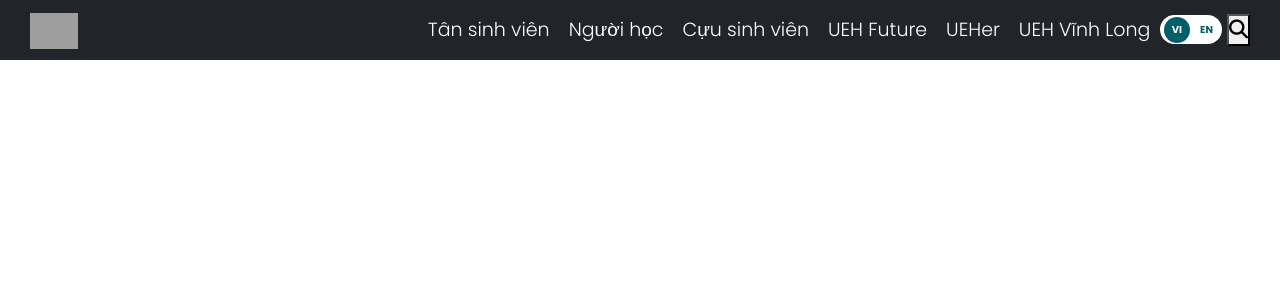
Repository: Jackietruong2805/frontends
Page: html css/ueh/index.html
The author's editor kept a copy of each file at every save. The page is drawn from the files as they stood at one save, then again after the next save.
The browser window is 1280 px wide. The pictures show the whole page.
Pictures or frames that could not be fetched are drawn as grey boxes. Some web libraries are served in a nearby version.

Above is the page before, as saved 2022-06-17 10:16:06.

After the next save:
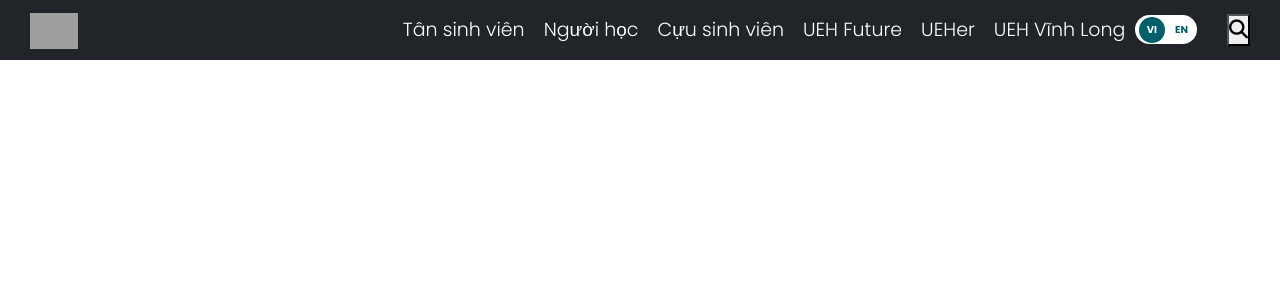
Saved 4 s later.
--- a/html css/ueh/index.html
+++ b/html css/ueh/index.html
@@ -50,7 +50,7 @@
             <span class="navbar-toggler-icon"></span>
           </button>
           <div class="collapse navbar-collapse" id="navbarUeh">
-            <ul class="navbar-nav ms-auto mb-2 mb-lg-0 px-2">
+            <ul class="navbar-nav ms-auto mb-2 mb-lg-0 px-5">
               <li class="nav-item">
                 <a class="nav-link active" aria-current="page" href="#"
                   >Tân sinh viên</a
